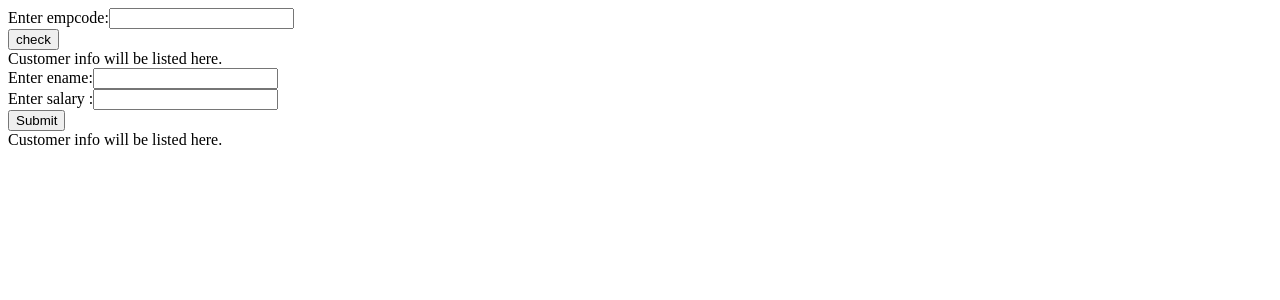
Repository: Susritha/workspace
Page: http://localhost/Jdbc/AddEmployee.jsp
The author's editor kept a copy of each file at every save. The page is drawn from the files as they stood at one save, then again after the next save.
The browser window is 1280 px wide. The pictures show the whole page.
The page is served by Tomcat 9. Other server files are loaded and not shown.

Above is the page before, as saved 2015-08-17 09:44:39.

### Jdbc/WebContent/AddEmployee.jsp
<%@ page language="java" contentType="text/html; charset=ISO-8859-1"
    pageEncoding="ISO-8859-1"%>
    <%@ page import="java.sql.*" %>
<!DOCTYPE html PUBLIC "-//W3C//DTD HTML 4.01 Transitional//EN" "http://www.w3.org/TR/html4/loose.dtd">
<html>
<head>
<meta http-equiv="Content-Type" content="text/html; charset=ISO-8859-1">
<title>Insert title here</title>
<script type="text/javascript">
function showHint()
{

 var num = request.getParameter("empcode");
	var xmlhttp;
	if(num.length==0)
	{
	document.getElementById("txtHint").innerHTML="";
	return;
	}
	if(window.XMLHttpRequest)
		{
		xmlhttp=new XMLHttpRequest();
		}
	else
		{
		xmlhttp=new ActiveXObject("Microsoft.XMLHTTP");
		}
	xmlhttp.onreadystatechange=function()
	{
		if(xmlhttp.readyState==4 && xmlhttp.status==200)
			{
			document.getElementById("txtHint").innerHTML=xmlhttp.responseText;
			}
	}
	xmlhttp.open("GET","empJsp.jsp?num="+num,true);
	xmlhttp.send();
	}

</script>
</head>
<body>
<form action="AddEmployee">
Enter empcode:<input type="text" name="empcode"><br>
<input type="button" onclick="showHint()" name="check" value="check">
<div id="txtHint">Customer info will be listed here.</div>
Enter ename:<input type="text" name="ename"><br>
Enter salary :<input type="text" name="salary"><br>
<input type="submit"/>
<div id="txtHint">Customer info will be listed here.</div>
</form>
</body>
</html>

After the next save:
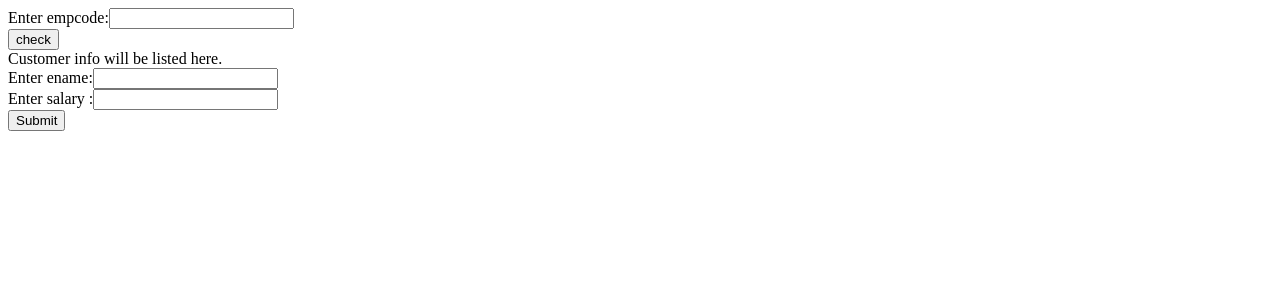
Saved 5 s later.
--- a/Jdbc/WebContent/AddEmployee.jsp
+++ b/Jdbc/WebContent/AddEmployee.jsp
@@ -46,7 +46,7 @@ Enter empcode:<input type="text" name="empcode"><br>
 Enter ename:<input type="text" name="ename"><br>
 Enter salary :<input type="text" name="salary"><br>
 <input type="submit"/>
-<div id="txtHint">Customer info will be listed here.</div>
+
 </form>
 </body>
 </html>
